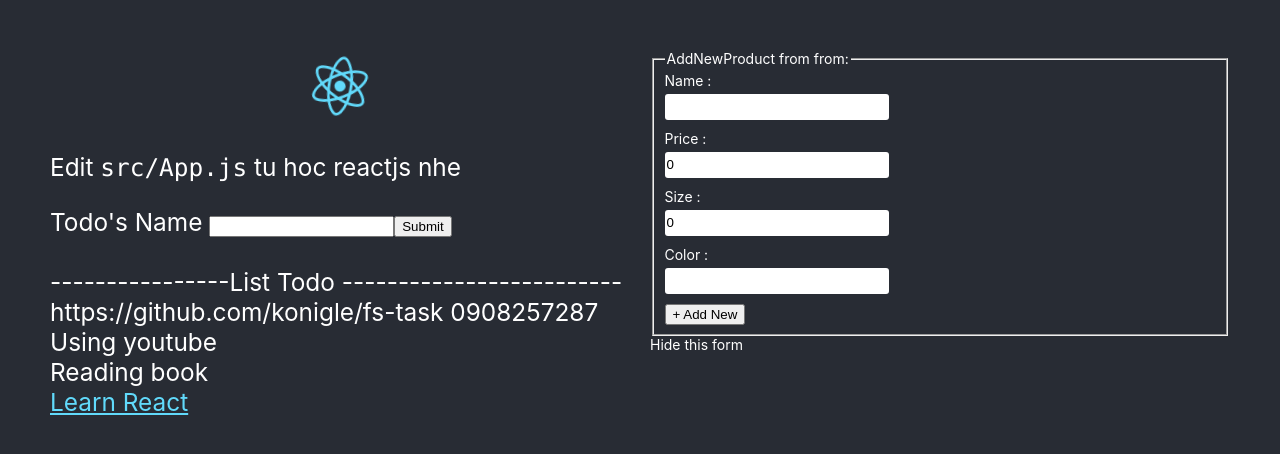
Repository: baothi/learn-reactjs
Page: /
An editor plug-in stored every save of this project. The page is shown before and after the next save, followed by the edit.
The browser window is 1280 px wide. The pictures show the whole page.
The project was rebuilt for these pictures with package versions that can differ from the ones it lists, and the page was loaded fresh each time.

Above is the page before, as saved 2022-10-04 21:56:24.

### src/App.js
import logo from './logo.svg';
import './App.css';
import Home from './componets/Home';
import AddNewProduct from './componets/AddNewProduct';

// function App() {
const App = () => {
  // const x = [1, 2, 3, 4, { name: 'John', age: 36 }] ==> {JSON.stringify(x)}
  const x = "tu hoc reactjs nhe"
  return (
    <div className="App" /*style={{ border: '1px solid red', textTransform: 'uppercase'}}*/ >
      <header className="App-header content-left">
        <div style={{ textAlign: "center" }}>
          <img src={logo} className="App-logo" alt="logo" />
        </div>

        <p>
          Edit <code>src/App.js</code> {x}
          {/* {console.log(x)} */}
        </p>
        <Home />
        <a
          className="App-link"
          href="https://reactjs.org"
          target="_blank"
          rel="noopener noreferrer"
        >
          Learn React
        </a>
      </header>
      <div className='content-right'>
        <AddNewProduct />
      </div>
    </div>
  );
}

export default App;

### src/App.css
.App {
  /* text-align: center; */
  padding: 40px;
  font-size: 14px;
  background-color: #282c34;
  height: calc(100vh - 80px);
  display: flex;
}

.App-logo {
  height: 10vmin;
  pointer-events: none;
}

@media (prefers-reduced-motion: no-preference) {
  .App-logo {
    animation: App-logo-spin infinite 20s linear;
  }
}

.App-header {

  /* min-height: 100vh; */
  /* display: flex;
  flex-direction: column;
  align-items: center; */
  /* justify-content: center; */
  font-size: calc(10px + 2vmin);
  color: white;
}

.App-link {
  color: #61dafb;
}

@keyframes App-logo-spin {
  from {
    transform: rotate(0deg);
  }

  to {
    transform: rotate(360deg);
  }
}

.content-left {
  width: 50%;
  padding: 10px;

}

.content-right {
  width: 50%;
  padding: 10px;
  color: white;
}

.input-product {
  display: flex;
  flex-direction: column;
  justify-content: center;
  gap: 5px;
  margin-bottom: 10px;
}

.input-product input {
  width: 40%;
  height: 24px;
  outline: none;
  border-radius: 3px;
  border: none;
  /* background-color: white;
  color: black; */
}

button {
  cursor: pointer;
}

### src/componets/Home.js
import React, { useState } from 'react';
import _ from 'lodash';
import AddTodo from './AddTodo';
import DisplayTodo from './DisplayTodo';

const Home = () => {
    // const [name, setName] = useState("")
    const [todo, setTodo] = useState("")
    // const hankdleClickBtn = (event, mgs) => {
    //     // console.log(" >> run Hankdle Click ", event.target, " -> ", mgs)
    // }
    const [ListTodo, setListTodo] = useState([
        { id: 'todo1', name: 'https://github.com/konigle/fs-task 0908257287' },
        { id: 'todo2', name: 'Using youtube' },
        { id: 'todo3', name: 'Reading book' }
    ])

    const randomIntFromInterval = (min, max) => {
        return Math.floor(Math.random() * (max - min + 1)) + min
    }


    const hankdleClickBtn = () => {
        if (!todo) {
            alert("Todo's name is not empty")
            return;
        }
        let todoId = randomIntFromInterval(4, 99)
        let todoItem = {
            id: `todo${todoId}`,   // string template
            name: todo
        }
        // cach 1
        let curentTodoList = _.clone(ListTodo);
        curentTodoList.push(todoItem)
        // console.log(" check curentTodoList : ", curentTodoList)
        setListTodo(curentTodoList)
        setTodo("")
        // cach 2
        //setListTodo([...ListTodo, todoItem]) // toan tử ... này là spread operator đây là toán tử copy
    }

    const handleDeleteTodo = (id) => {
        let curentTodoList = _.clone(ListTodo);
        curentTodoList = curentTodoList.filter(item => item.id !== id);
        // curentTodoList = curentTodoList.filter(item => {
        //     if (item.id !== id) return item;
        // });
        setListTodo(curentTodoList);
    }
    const myInfor = { channel: "hoc lap trinh reactjs", age: 25 }

    return (
        <div className="container">

            <div className="row">
                <AddTodo
                    todo={todo}
                    setTodo={setTodo}
                    hankdleClickBtn={hankdleClickBtn}
                />
                <DisplayTodo
                    chilData={ListTodo} // x=u => x <- y
                    name={"bao thi"} // x=u => x <- y
                    myInfor={myInfor} // x=u => x <- y
                    deleteTodoInParent={handleDeleteTodo}
                />

            </div>
        </div>
    )
}

// class Home extends React.Component {

//     // khai báo state
//     state = {
//         name: 'todoList'
//     }
//     render() {
//         return (
//             <div className="container">
//                 <div className="row">

//                     <label>Your Name   </label>
//                     <input type="text" onChange={(event) => this.setState({ name: event.target.value })} />
//                     <br /><br />
//                     helo Todo list with name = {this.state.name}
//                 </div>
//             </div>
//         )
//     }
// }

export default Home;

### src/componets/AddNewProduct.js
import React, { useState } from 'react';
const AddNewProduct = () => {
    const [name, setName] = useState("")
    const [price, setPrice] = useState(0)
    const [size, setSize] = useState(0)
    const [color, setColor] = useState("")

    const [isShowDetail, setIsShowDetail] = useState(true)

    const handleClickBtn = () => {
        console.log(" >> run Hankdle Click ", name, price, size, color)
    }

    const handleHideShow = () => {
        // cách 1 viết vầy
        setIsShowDetail(!isShowDetail)
        // cách 2 viết vầy

        // let curentStatus = isShowDetail;
        // if(isShowDetail === true) curentStatus = false;
        // if(isShowDetail === false) curentStatus = true;
        // setIsShowDetail(curentStatus)
    }

    return (
        <div>
            {
                isShowDetail === true &&
                <fieldset>
                    <legend>AddNewProduct from from:</legend>
                    <div className="input-product">
                        <label>Name : </label>
                        <input value={name} type="text" onChange={(event) => setName(event.target.value)} />
                    </div>
                    <div className="input-product">
                        <label>Price : </label>
                        <input value={price} type="text" onChange={(event) => setPrice(event.target.value)} />
                    </div>
                    <div className="input-product">
                        <label>Size : </label>
                        <input value={size} type="text" onChange={(event) => setSize(event.target.value)} />
                    </div>
                    <div className="input-product">
                        <label>Color : </label>
                        <input value={color} type="text" onChange={(event) => setColor(event.target.value)} />
                    </div>
                    <div>
                        <button onClick={() => handleClickBtn()}>+ Add New</button>
                    </div>
                </fieldset>
            }
            {
                isShowDetail === true && <div onClick={() => { handleHideShow() }}>Hide this form</div>
            }
            {
                isShowDetail === false && <div onClick={() => { handleHideShow() }}>Show the form</div>
            }
        </div>
    )
}

export default AddNewProduct

### src/componets/AddTodo.js

const AddTodo = (props) => {
    const { todo, setTodo, hankdleClickBtn } = props
    return (
        <div>
            <label>Todo's Name   </label>
            {/* <input value={name} type="text"
                    onChange={(event) => {
                        // console.log("event.target : ", event)
                        setName(event.target.value)
                    }
                    } /> */}

            <input value={todo} type="text"
                onChange={(event) => {
                    // console.log("event.target : ", event)
                    setTodo(event.target.value)
                }
                } />
            {/* <button type="button" onClick={() => {
                    hankdleClickBtn("event", 'buttonClick')
                }}>Submit</button> */}
            <button type="button" onClick={() => {
                hankdleClickBtn()
            }}>Submit</button>



            <br /><br />
        </div>
    )
}
export default AddTodo

### src/componets/DisplayTodo.js

const DisplayTodo = (props) => {
    const deleteTodoFromChild = (id) => {
        props.deleteTodoInParent(id)
    }

    const ListTodo = props.chilData;
    return (
        <div>
            <div> ----------------List Todo ------------------------- </div>
            {ListTodo.map((item, index) => {
                // console.log("check item: ", item, " index: ", index, "id ", item.id)
                return (
                    <div id={item.id} key={item.id} onClick={() => deleteTodoFromChild(item.id)}>{item.name}</div>
                )
            })}
        </div>
    )
}

export default DisplayTodo;

Loaded but not shown: public/index.html (common file); src/index.js (common file); src/index.css (common file); src/reportWebVitals.js (common file)

After the next save:
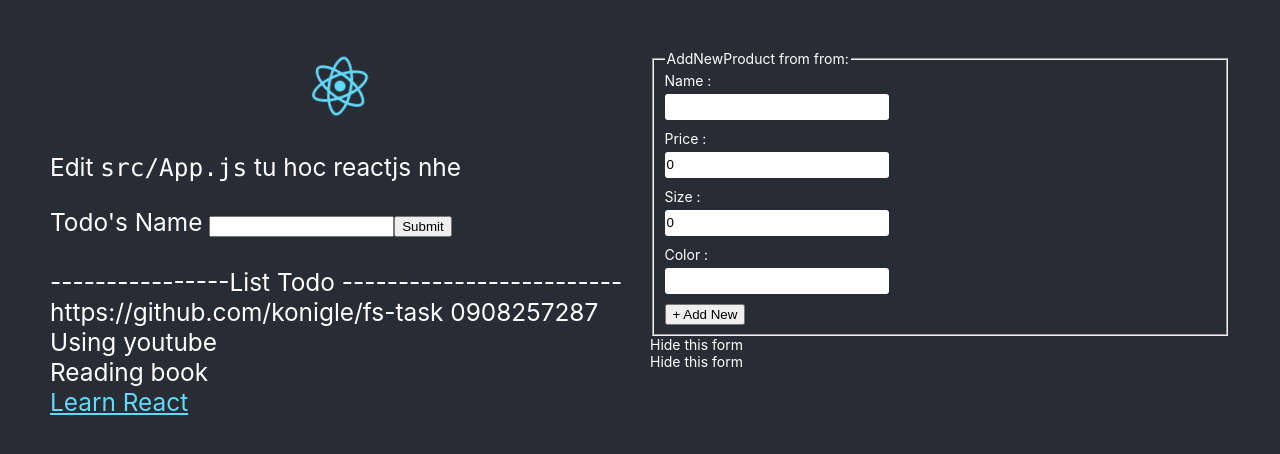
Saved 8 min 39 s later.
--- a/src/componets/AddNewProduct.js
+++ b/src/componets/AddNewProduct.js
@@ -55,6 +55,9 @@
             {
                 isShowDetail === false && <div onClick={() => { handleHideShow() }}>Show the form</div>
             }
+            {
+                isShowDetail === true ? <div onClick={() => { handleHideShow() }}>Hide this form</div> : <div onClick={() => { handleHideShow() }}>Show the form</div>
+            }
         </div>
     )
 }

After the save that followed:
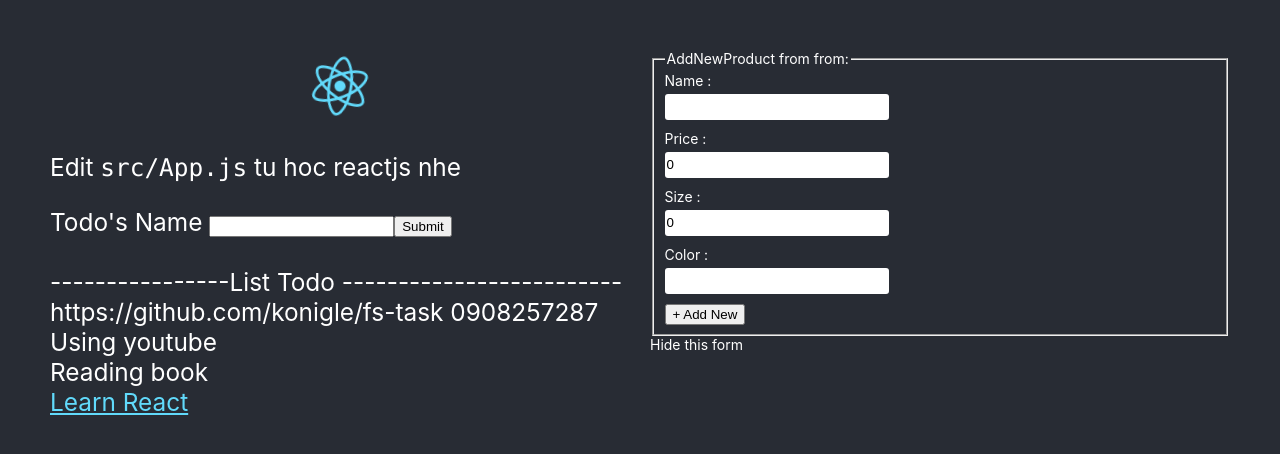
Saved 27 s later.
--- a/src/componets/AddNewProduct.js
+++ b/src/componets/AddNewProduct.js
@@ -49,12 +49,12 @@
                     </div>
                 </fieldset>
             }
-            {
+            {/* {
                 isShowDetail === true && <div onClick={() => { handleHideShow() }}>Hide this form</div>
             }
             {
                 isShowDetail === false && <div onClick={() => { handleHideShow() }}>Show the form</div>
-            }
+            } */}
             {
                 isShowDetail === true ? <div onClick={() => { handleHideShow() }}>Hide this form</div> : <div onClick={() => { handleHideShow() }}>Show the form</div>
             }
